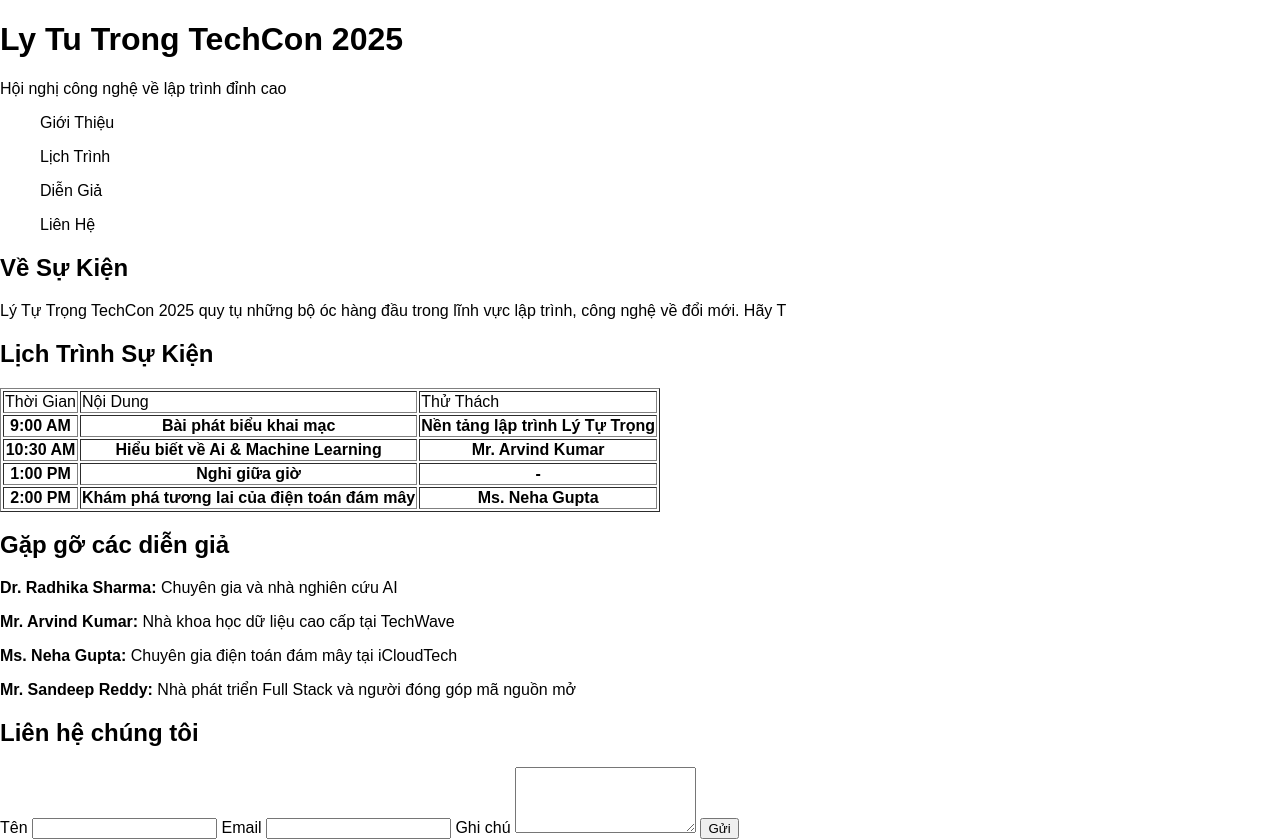
Repository: NhatMinh121/BaiTapVeNha1
Page: index.html
These files come from the project's save history. The page is drawn as it stood at one moment and after the next save; the edit follows.
The browser window is 1280 px wide. The pictures show the whole page.

Above is the page before, as saved 2025-03-28 22:37:08.

After the next save:
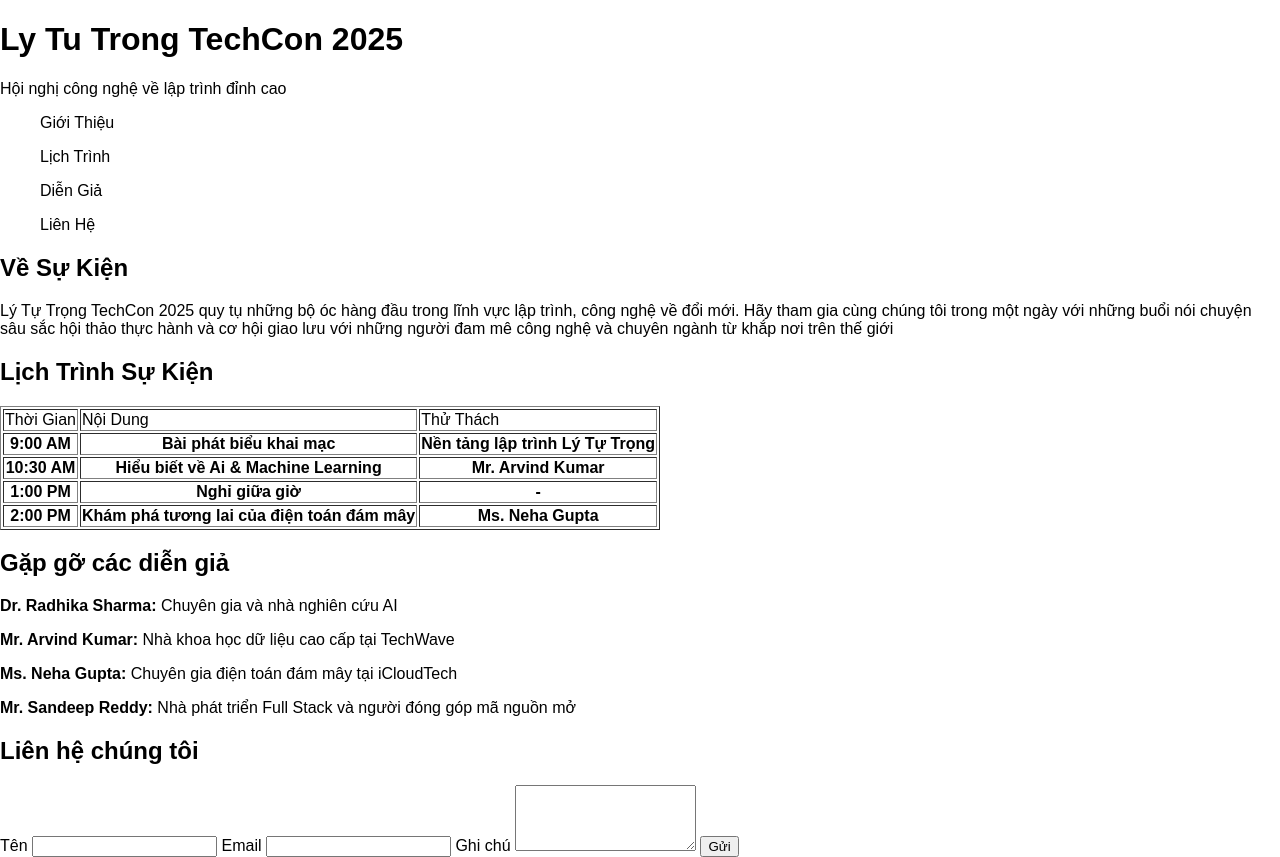
Saved 2 min 45 s later.
--- a/index.html
+++ b/index.html
@@ -25,7 +25,8 @@
     <main>
         <div class="main-event">
             <h2>Về Sự Kiện</h2>
-            <p>Lý Tự Trọng TechCon 2025 quy tụ những bộ óc hàng đầu trong lĩnh vực lập trình, công nghệ về đổi mới. Hãy T</p>
+            <p>Lý Tự Trọng TechCon 2025 quy tụ những bộ óc hàng đầu trong lĩnh vực lập trình, công nghệ về đổi mới. Hãy tham gia cùng chúng tôi trong một ngày với những buổi nói chuyện sâu sắc hội thảo thực hành và cơ hội giao lưu với những người đam mê
+                công nghệ và chuyên ngành từ khắp nơi trên thế giới</p>
         </div>
         <div class="main-schedule">
             <h2>Lịch Trình Sự Kiện</h2>
